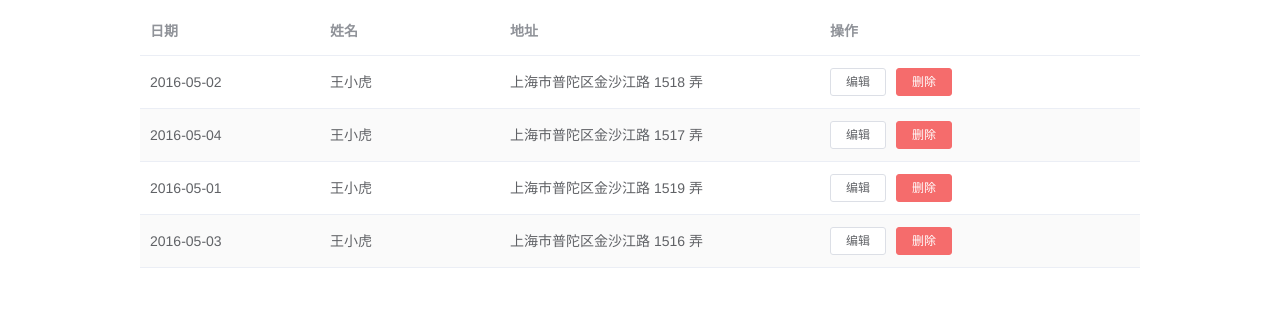
Repository: chang-meng-yun/vue_project
Page: /
These files come from the project's save history. The page is drawn as it stood at one moment and after the next save; the edit follows.
The browser window is 1280 px wide. The pictures show the whole page.
The project was rebuilt for these pictures with package versions that can differ from the ones it lists, and the page was loaded fresh each time. Also part of the build but not shown: vue.config.js, src/VBindStudy.vue, src/components/HelloWorld.vue, src/views/HomeView.vue.

Above is the page before, as saved 2024-06-27 11:07:52.

### public/index.html
<!DOCTYPE html>
<html lang="">
  <head>
    <meta charset="utf-8">
    <meta http-equiv="X-UA-Compatible" content="IE=edge">
    <meta name="viewport" content="width=device-width,initial-scale=1.0">
    <link rel="icon" href="<%= BASE_URL %>favicon.ico">
    <!-- <title><%= htmlWebpackPlugin.options.title %></title> -->
     <title>我是首页</title>
  </head>
  <body>
    <noscript>
      <strong>We're sorry but <%= htmlWebpackPlugin.options.title %> doesn't work properly without JavaScript enabled. Please enable it to continue.</strong>
    </noscript>
    <!-- 显示内容的地方 -->
    <div id="app"></div>
    <!-- built files will be auto injected -->
  </body>
</html>

### src/main.js
import Vue from 'vue'
import App from './App.vue'
import ElementUI from 'element-ui';
import 'element-ui/lib/theme-chalk/index.css';
import router from './router'

Vue.use(ElementUI);

Vue.config.productionTip = false
new Vue({
  router,
  render: h => h(App)
}).$mount('#app')

### src/App.vue
<template>
  <div id="app">
    <!-- <Hello></Hello> -->
    <!-- <VBindStudy></VBindStudy> -->
     <!-- <HomeWork></HomeWork> -->
      <!-- <reHome></reHome> -->
       <!-- <Model></Model> -->
        <FromFrame></FromFrame>
  </div>
</template>
<script>
  // 导入组件
  import Hello from '@/Hello.vue'
  import VBindStudy from '@/VBindStudy'
  import HomeWork from '@/HomeWork'
    import reHome from './views/reHome.vue'
  import FromFrame from '@/FromFrame.vue'
     // import Model from './views/Model.vue'
  export default{
    components:{
        Hello,
        VBindStudy,
        HomeWork,
        FromFrame
        // Model
    },
    data(){
      return{
        mark:true,
        name:"张三",
        mywidth:"350px",
        myImage:require("./assets/花.jpg")
      }
    },
    methods:{
     controller_div(){
        this.mark=!this.mark
        console.log(this.mark)
      },
      changeSize(){
        this.mywidth="500px"
      },
      changeImage(){
        console.log("pakaqiu")
        this.myImage=require("./assets/小樱花.webp")
      }
     }
    }
</script>
<style>
.box{
    width: 200px;
    height: 200px;
    background-color: red;
}
#app {
  font-family: Avenir, Helvetica, Arial, sans-serif;
  -webkit-font-smoothing: antialiased;
  -moz-osx-font-smoothing: grayscale;
  text-align: center;
  color: #2c3e50;
}

nav {
  padding: 30px;
}

nav a {
  font-weight: bold;
  color: #2c3e50;
}

nav a.router-link-exact-active {
  color: #42b983;
}
</style>

### src/Hello.vue
<template>
  <div>
        <!-- <nav>
      <router-link to="/">Home</router-link> |
      <router-link to="/about">About</router-link>
    </nav> -->
    <!-- <el-row>
      <el-button>默认按钮</el-button>
      <el-button type="primary">主要按钮</el-button>
      <el-button type="success">成功按钮</el-button>
      <el-button type="info">信息按钮</el-button>
      <el-button type="warning">警告按钮</el-button>
      <el-button type="danger">危险按钮</el-button>
    </el-row> -->

    <!-- <input  type="text" v-model="username"> -->
     <!-- <div  v-if="mark" class="box">
      div1-if标签
     </div> -->
     <!-- <el-button type="primary" v-on:click="controller_div()">控制div</el-button> -->
     <!-- <div  v-show ="mark" class="box"> -->
      <!-- div2-show标签 -->
     <!-- </div> -->
    <!-- <div>
      {{username}}
    </div> -->
    <!-- <router-view/> -->
     <!-- <hr> -->

     <el-row>
        <el-col :span="12">
          <div class="grid-content bg-purple">
         <img src="./assets/小雏菊.webp" v-bind:width="mywidth" />
         <br>
         <el-button type="primary" @click="changeSize()">改变大小</el-button>
        </div>
      </el-col>

        <el-col :span="12">
          <div class="grid-content bg-purple-light">
            <img v-bind:src="myImage" width="350px" />
            <br>
            <el-button type="primary" @click="changeImage()">改变图片</el-button>
        </div>
      </el-col>
      </el-row>

  </div>
</template>
<script>
     export default{
    // components:{
    //     Hello,
    //     VBindStudy
    // },
    data(){
      return{
        mark:true,
        name:"张三",
        mywidth:"350px",
        myImage:require("./assets/花.jpg")
      }
    },
    methods:{
     controller_div(){
        this.mark=!this.mark
        console.log(this.mark)
      },
      changeSize(){
        this.mywidth="500px"
      },
      changeImage(){
        console.log("pakaqiu")
        this.myImage=require("./assets/小樱花.webp")
      }
     },
     components:{

     }
    }
  </script>
  <style>
  .box{
      width: 200px;
      height: 200px;
      background-color: red;
  }
  #app {
    font-family: Avenir, Helvetica, Arial, sans-serif;
    -webkit-font-smoothing: antialiased;
    -moz-osx-font-smoothing: grayscale;
    text-align: center;
    color: #2c3e50;
  }

  nav {
    padding: 30px;
  }

  nav a {
    font-weight: bold;
    color: #2c3e50;
  }

  /* nav a.router-link-exact-active {
    color: #42b983;
  } */
  </style>

### src/HomeWork.vue
<template>
    <div id="all">

        <h3>请选择你喜欢的语言</h3>
        <table border="1" cellspacing="0" style="margin: 0 auto;" >
            <tr>
                <td v-for="(obj,index) in subject "
                :key="index"
                v-bind:class="{'bg':obj.mark}"
                @click="changeColor(obj,index)">{{obj.name}}</td>
            </tr>
        </table>

        <p style="text-align: center;">我最喜欢的编程语言是{{pro_name}}</p>
        <el-input v-model="inputName" placeholder="请输入你喜欢的书" style="width: 300px;"></el-input>
        <el-button type="primary" @click="addBook()">添加你喜欢的书本</el-button>
        <!-- <el-button type="primary" v-if="">隐藏</el-button> -->
       <!-- {{message}} -->


    </div>
</template>
<script>
    export default{
        data(){
        return{
            pro_name:"Java",
            inputName:"",
            subject:[
            {id:"1",name:"Java",mark:true},
            {id:"2",name:"C",mark:false},
            {id:"3",name:"C++",mark:false},
            {id:"4",name:"Python",mark:false},
            ],
        }
        },
        methods:{
            addBook(){
                console.log(this.inputName)
                this.subject.push({"name":this.inputName,"mark":false})
            },
            changeColor(obj,index){
                console.log(obj,index)
                this.pro_name = obj.name;
                for(var i=0;i<this.subject.length;i++){
                    this.subject[i].mark=false;
                }
                this.subject[index].mark=true;
                this.pro_name=this.subject[index].name;
            }
        },
        components:{

        }
    }

</script>
<style>
 tr td{
        width: 200px;
        height: 50px;
        /* background-color: rgb(130, 236, 176); */
    }
    .bg{
        /* background-color: rgb(218, 103, 80); */
    }
</style>

### src/views/reHome.vue
<template>
    <div>
       <h3>请选择你喜欢的语言</h3>
       <table cellspacing="0" border="1" style="margin: 0 auto;">
        <tr>
            <td v-for="(obj,index) in subjects"
            :key="index"
            v_bind :class="{'bg1':obj.mark}"
            @click="changeColor(obj,index)">
            {{obj.name}}
            </td>
        </tr>
       </table>
       <p>我最喜欢的语言是{{proname}}</p>
    </div>
</template>
<script>
  export default{
    data(){
        return{
          proname:"java",
          subjects:[
            {name:"Java",mark:true},
            {name:"C",mark:false},
            {name:"C++",mark:false},
            {name:"Python",mark:false},
          ]
        }
    },
    methods:{
        changeColor(obj,index){
            console.log(obj,index)
            this.proname=obj.name
            for(var i = 0;i<this.subjects.length;i++){
                this.subjects[i].mark=false;
            }
            obj.mark=true;
        }
    },
    components:{

    },
  }
</script>
<style>
 tr td{
        width: 200px;
        height: 50px;
        /* background-color: rgb(130, 236, 176); */
    }
    .bg1{
        /* background-color: rgb(218, 103, 80); */
    }
</style>

### src/FromFrame.vue
<template>
    <div style="width: 1000px;margin: 0 auto;">




        <!-- 数据显示区 -->
        <el-table
        :data="tableData"
        stripe
        style="width: 100%">
        <el-table-column
          prop="date"
          label="日期"
          width="180">
        </el-table-column>
        <el-table-column
          prop="name"
          label="姓名"
          width="180">
        </el-table-column>
        <el-table-column
          prop="address"
          label="地址">
        </el-table-column>
        <el-table-column label="操作">
            <template slot-scope="scope">
              <el-button
                size="mini"
                @click="handleEdit(scope.$index, scope.row)">编辑</el-button>
              <el-button
                size="mini"
                type="danger"
                @click="handleDelete(scope.$index, scope.row)">删除</el-button>
            </template>
          </el-table-column>
      </el-table>
    </div>
</template>
<script>
     export default{
        data(){
            return{
          tableData: [{
          date: '2016-05-02',
          name: '王小虎',
          address: '上海市普陀区金沙江路 1518 弄'
        }, {
          date: '2016-05-04',
          name: '王小虎',
          address: '上海市普陀区金沙江路 1517 弄'
        }, {
          date: '2016-05-01',
          name: '王小虎',
          address: '上海市普陀区金沙江路 1519 弄'
        }, {
          date: '2016-05-03',
          name: '王小虎',
          address: '上海市普陀区金沙江路 1516 弄'
        }]
            }
        },
        methods: {
            handleEdit(index, row) {
            console.log(index, row);
            },
            handleDelete(index, row) {
            console.log(index, row);
            }
        },
        components:{

        }
     }
</script>
<style>

</style>

Loaded but not shown: src/router/index.js (common file)

After the next save:
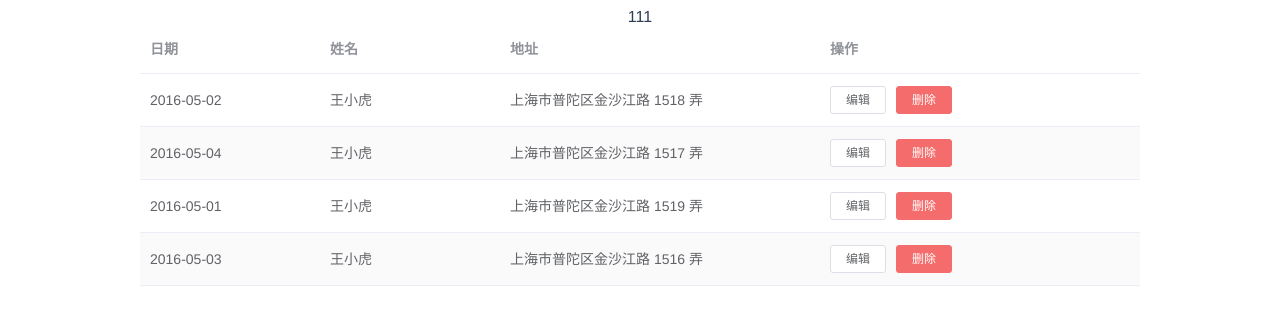
Saved 3 min 25 s later.
--- a/src/FromFrame.vue
+++ b/src/FromFrame.vue
@@ -1,24 +1,16 @@
 <template>
     <div style="width: 1000px;margin: 0 auto;">
-
-
+        <!-- 功能区域 -->
+        <div>
+            111
+        </div>
 
 
         <!-- 数据显示区 -->
-        <el-table
-        :data="tableData"
-        stripe
-        style="width: 100%">
-        <el-table-column
-          prop="date"
-          label="日期"
-          width="180">
-        </el-table-column>
-        <el-table-column
-          prop="name"
-          label="姓名"
-          width="180">
-        </el-table-column>
+    <div>
+        <el-table :data="tableData" stripe style="width: 100%">
+        <el-table-column  prop="date" label="日期"width="180"></el-table-column>
+        <el-table-column prop="name" label="姓名" width="180"></el-table-column>
         <el-table-column
           prop="address"
           label="地址">
@@ -35,6 +27,7 @@
             </template>
           </el-table-column>
       </el-table>
+    </div>
     </div>
 </template>
 <script>

After the save that followed:
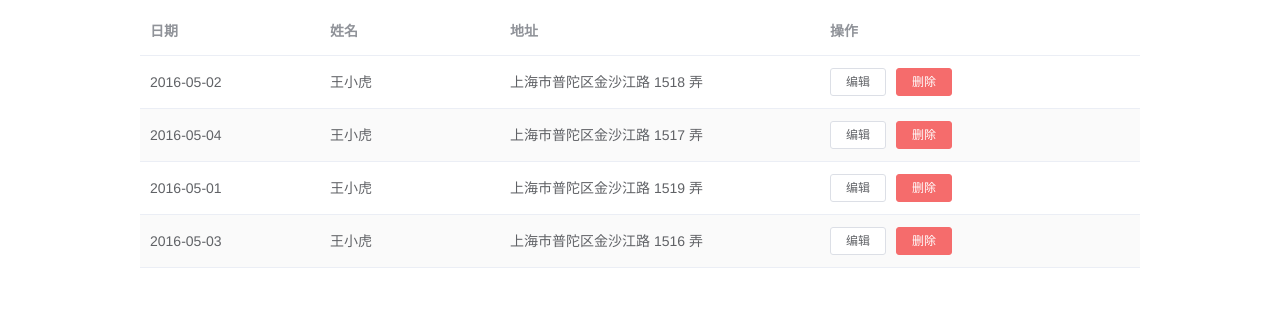
Saved 5 s later.
--- a/src/FromFrame.vue
+++ b/src/FromFrame.vue
@@ -2,7 +2,7 @@
     <div style="width: 1000px;margin: 0 auto;">
         <!-- 功能区域 -->
         <div>
-            111
+
         </div>
 
 
